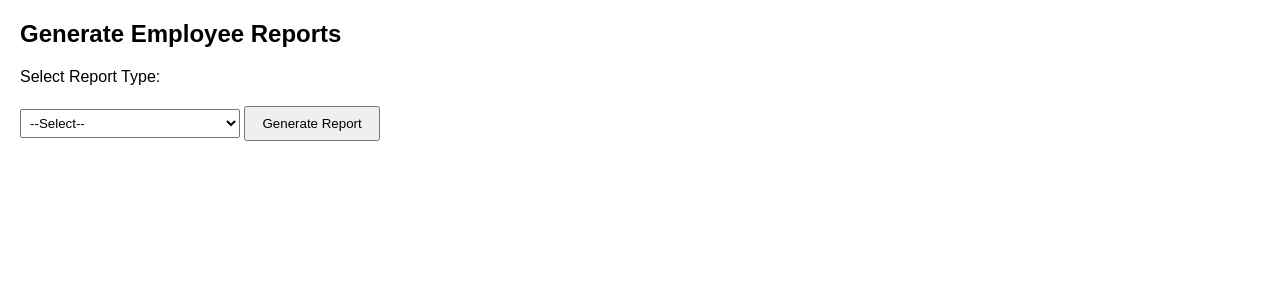
Repository: sweekrithishetty28/Employee_Salary_Management
Page: http://localhost/EmployeeWebApp/reports.jsp
These files come from the project's save history. The page is drawn as it stood at one moment and after the next save; the edit follows.
The browser window is 1280 px wide. The pictures show the whole page.
The page is served by Tomcat 9. Other server files are loaded and not shown.

Above is the page before, as saved 2025-05-25 10:54:44.

### Employee Salary Mangement/EmployeeWebApp/src/main/webapp/reports.jsp
<%@ page language="java" contentType="text/html; charset=UTF-8" pageEncoding="UTF-8"%>
<!DOCTYPE html>
<html>
<head>
    <title>Employee Reports</title>
    <style>
        body { font-family: Arial, sans-serif; margin: 20px; }
        label { display: block; margin-top: 10px; }
        input[type=text], input[type=number] { width: 200px; padding: 5px; }
        select { width: 220px; padding: 5px; }
        .submit-btn { margin-top: 20px; padding: 8px 16px; }
    </style>
</head>
<body>
    <h2>Generate Employee Reports</h2>
    <form action="ReportCriteriaServlet" method="post">
        <label for="reportType">Select Report Type:</label>
        <select id="reportType" name="reportType" required onchange="showRelevantFields()">
            <option value="">--Select--</option>
            <option value="NameFilter">Employees by Name Starting Letter</option>
            <option value="ServiceFilter">Employees with N or More Years of Service</option>
            <option value="SalaryFilter">Employees Earning More Than Salary</option>
        </select>

        <div id="nameFilterDiv" style="display:none;">
            <label for="startsWith">Starts With (letter):</label>
            <input type="text" id="startsWith" name="startsWith" maxlength="1" pattern="[A-Za-z]" />
        </div>

        <div id="serviceFilterDiv" style="display:none;">
            <label for="years">Years of Service (N):</label>
            <input type="number" id="years" name="years" min="0" />
        </div>

        <div id="salaryFilterDiv" style="display:none;">
            <label for="salary">Salary Threshold:</label>
            <input type="number" id="salary" name="salary" min="0" step="0.01" />
        </div>

        <button type="submit" class="submit-btn">Generate Report</button>
    </form>

    <script>
        function showRelevantFields() {
            var reportType = document.getElementById("reportType").value;
            document.getElementById("nameFilterDiv").style.display = reportType === "NameFilter" ? "block" : "none";
            document.getElementById("serviceFilterDiv").style.display = reportType === "ServiceFilter" ? "block" : "none";
            document.getElementById("salaryFilterDiv").style.display = reportType === "SalaryFilter" ? "block" : "none";
        }
    </script>
</body>
</html>

After the next save:
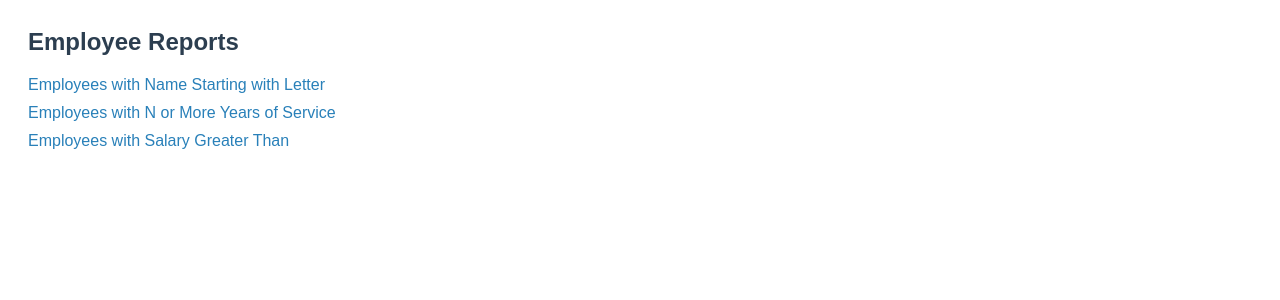
Saved 46 min 47 s later.
--- a/Employee Salary Mangement/EmployeeWebApp/src/main/webapp/reports.jsp
+++ b/Employee Salary Mangement/EmployeeWebApp/src/main/webapp/reports.jsp
@@ -1,52 +1,18 @@
-<%@ page language="java" contentType="text/html; charset=UTF-8" pageEncoding="UTF-8"%>
-<!DOCTYPE html>
+<%@ page contentType="text/html;charset=UTF-8" language="java" %>
 <html>
 <head>
-    <title>Employee Reports</title>
+    <title>Reports</title>
     <style>
-        body { font-family: Arial, sans-serif; margin: 20px; }
-        label { display: block; margin-top: 10px; }
-        input[type=text], input[type=number] { width: 200px; padding: 5px; }
-        select { width: 220px; padding: 5px; }
-        .submit-btn { margin-top: 20px; padding: 8px 16px; }
+        body { font-family: Arial; padding: 20px; }
+        h2 { color: #2c3e50; }
+        a { display: block; margin: 10px 0; color: #2980b9; text-decoration: none; }
+        a:hover { text-decoration: underline; }
     </style>
 </head>
 <body>
-    <h2>Generate Employee Reports</h2>
-    <form action="ReportCriteriaServlet" method="post">
-        <label for="reportType">Select Report Type:</label>
-        <select id="reportType" name="reportType" required onchange="showRelevantFields()">
-            <option value="">--Select--</option>
-            <option value="NameFilter">Employees by Name Starting Letter</option>
-            <option value="ServiceFilter">Employees with N or More Years of Service</option>
-            <option value="SalaryFilter">Employees Earning More Than Salary</option>
-        </select>
-
-        <div id="nameFilterDiv" style="display:none;">
-            <label for="startsWith">Starts With (letter):</label>
-            <input type="text" id="startsWith" name="startsWith" maxlength="1" pattern="[A-Za-z]" />
-        </div>
-
-        <div id="serviceFilterDiv" style="display:none;">
-            <label for="years">Years of Service (N):</label>
-            <input type="number" id="years" name="years" min="0" />
-        </div>
-
-        <div id="salaryFilterDiv" style="display:none;">
-            <label for="salary">Salary Threshold:</label>
-            <input type="number" id="salary" name="salary" min="0" step="0.01" />
-        </div>
-
-        <button type="submit" class="submit-btn">Generate Report</button>
-    </form>
-
-    <script>
-        function showRelevantFields() {
-            var reportType = document.getElementById("reportType").value;
-            document.getElementById("nameFilterDiv").style.display = reportType === "NameFilter" ? "block" : "none";
-            document.getElementById("serviceFilterDiv").style.display = reportType === "ServiceFilter" ? "block" : "none";
-            document.getElementById("salaryFilterDiv").style.display = reportType === "SalaryFilter" ? "block" : "none";
-        }
-    </script>
+    <h2>Employee Reports</h2>
+    <a href="report_form.jsp?action=NameFilter">Employees with Name Starting with Letter</a>
+    <a href="report_form.jsp?action=ServiceFilter">Employees with N or More Years of Service</a>
+    <a href="report_form.jsp?action=SalaryFilter">Employees with Salary Greater Than</a>
 </body>
 </html>
